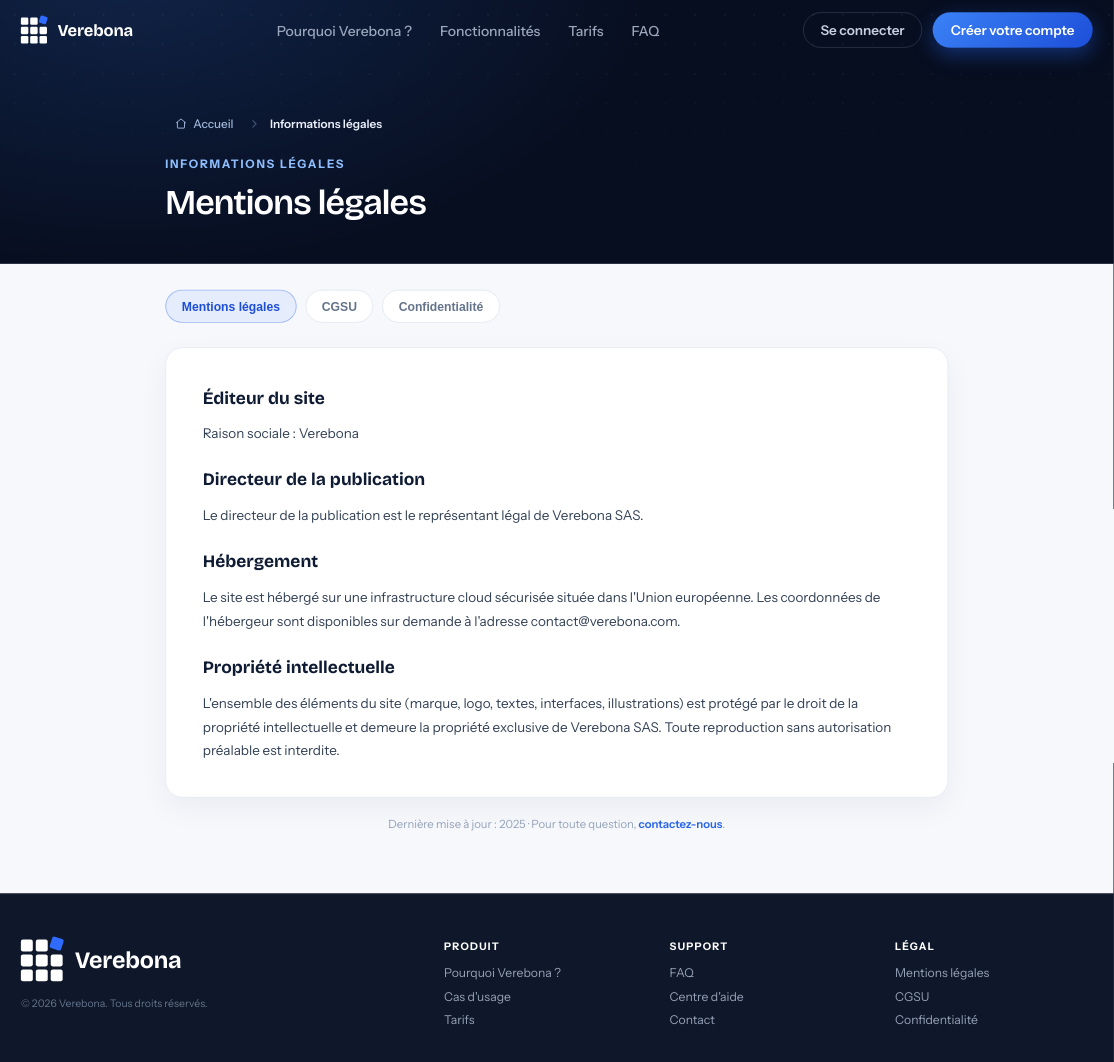
Repository: AdminVerebona/verebona-public
Page: /mentions-legales
An editor plug-in stored every save of this project. The page is shown before and after the next save, followed by the edit.
The browser window is 1280 px wide. The pictures show the whole page, at 87% of full size.
The project was rebuilt for these pictures with package versions that can differ from the ones it lists, and the page was loaded fresh each time. Also part of the build but not shown: next.config.mjs, vite.config.js, vite.config.ts, src/composables/useLanding.ts, src/sections/HeroSection.vue, src/sections/WhySection.vue, src/sections/UseCasesSection.vue, src/sections/FeaturesSection.vue and 6 more.

Above is the page before, as saved 2026-07-10 15:06:41.

After the next save:
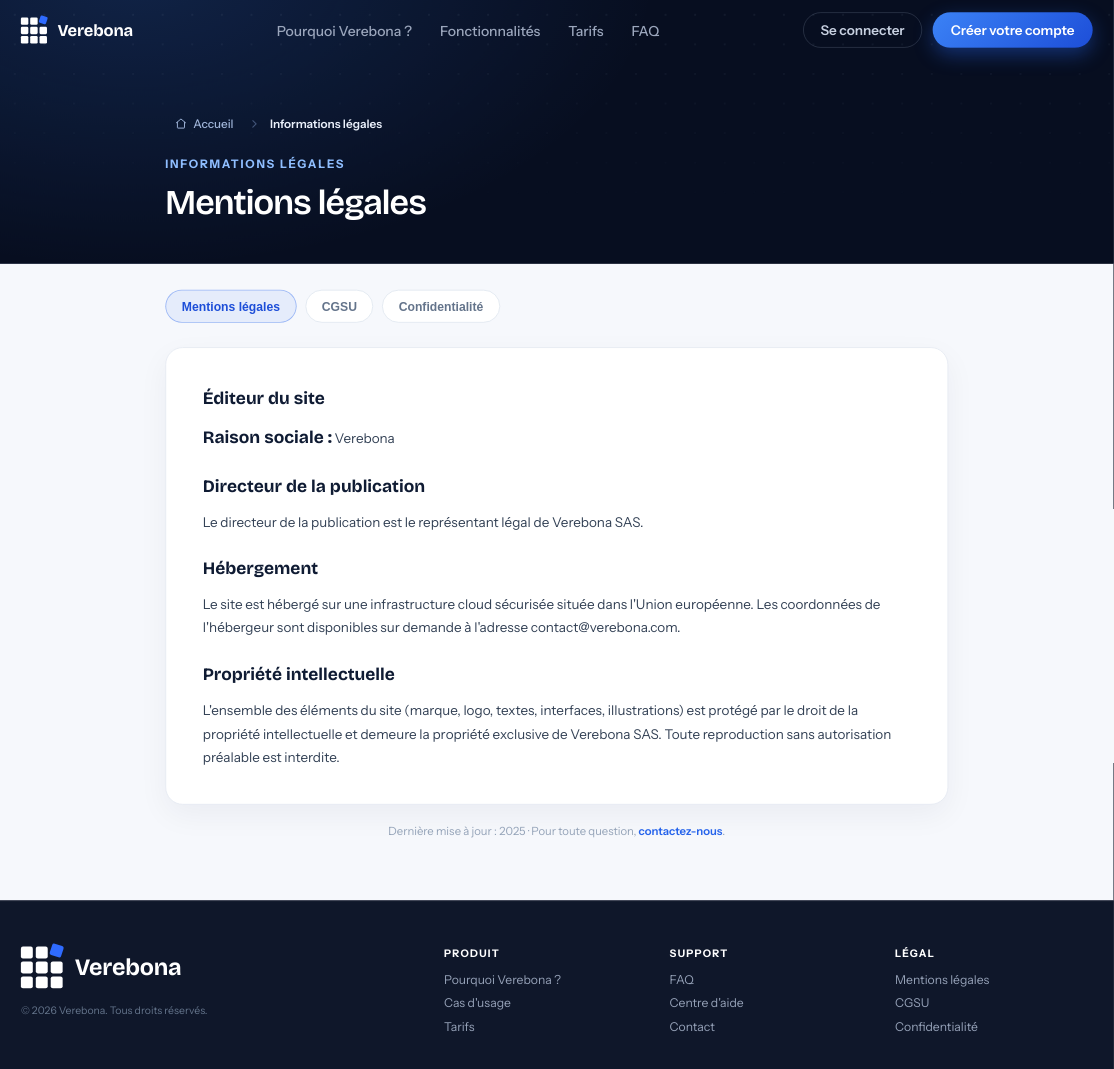
Saved 22 s later.
--- a/src/views/LegalView.vue
+++ b/src/views/LegalView.vue
@@ -18,7 +18,7 @@
       <template v-if="isMentions">
         <div style="font-size:15.5px;line-height:1.75;color:#334155">
           <h2 style="font-size:20px;font-weight:700;color:#0F1B33;font-family:'Bricolage Grotesque',sans-serif;margin:0 0 10px">Éditeur du site</h2>
-          <p style="margin:0 0 22px"><span>Raison sociale :</span> Verebona</p>
+          <p style="margin:0 0 22px"><span style="font-size:20px;font-weight:700;color:#0F1B33;font-family:'Bricolage Grotesque',sans-serif;margin:0 0 10px">Raison sociale :</span> Verebona</p>
           <h2 style="font-size:20px;font-weight:700;color:#0F1B33;font-family:'Bricolage Grotesque',sans-serif;margin:0 0 10px">Directeur de la publication</h2>
           <p style="margin:0 0 22px">Le directeur de la publication est le représentant légal de Verebona SAS.</p>
           <h2 style="font-size:20px;font-weight:700;color:#0F1B33;font-family:'Bricolage Grotesque',sans-serif;margin:0 0 10px">Hébergement</h2>

After the save that followed:
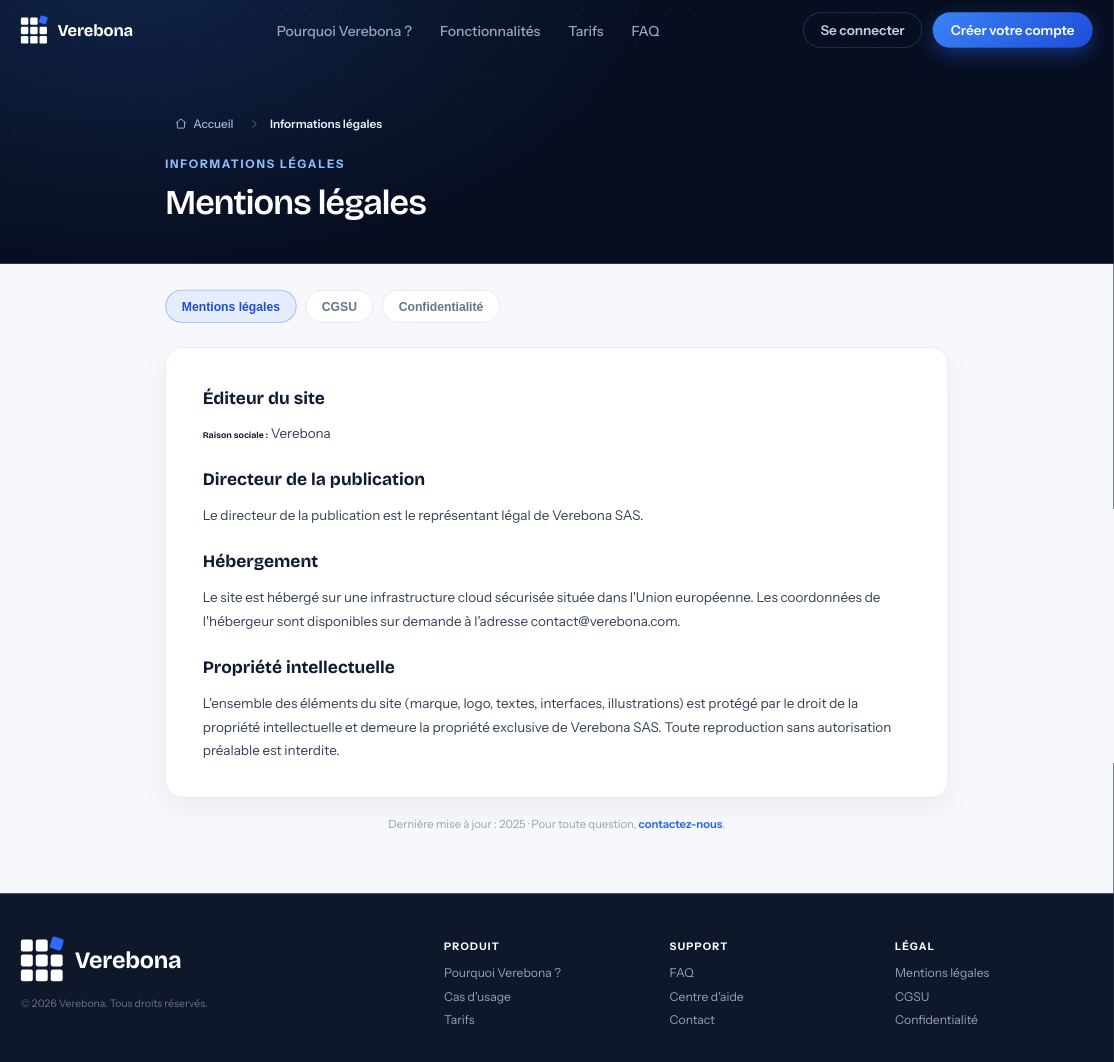
Saved 5 s later.
--- a/src/views/LegalView.vue
+++ b/src/views/LegalView.vue
@@ -18,7 +18,7 @@
       <template v-if="isMentions">
         <div style="font-size:15.5px;line-height:1.75;color:#334155">
           <h2 style="font-size:20px;font-weight:700;color:#0F1B33;font-family:'Bricolage Grotesque',sans-serif;margin:0 0 10px">Éditeur du site</h2>
-          <p style="margin:0 0 22px"><span style="font-size:20px;font-weight:700;color:#0F1B33;font-family:'Bricolage Grotesque',sans-serif;margin:0 0 10px">Raison sociale :</span> Verebona</p>
+          <p style="margin:0 0 22px"><span style="font-size:10px;font-weight:700;color:#0F1B33;font-family:'Bricolage Grotesque',sans-serif;margin:0 0 10px">Raison sociale :</span> Verebona</p>
           <h2 style="font-size:20px;font-weight:700;color:#0F1B33;font-family:'Bricolage Grotesque',sans-serif;margin:0 0 10px">Directeur de la publication</h2>
           <p style="margin:0 0 22px">Le directeur de la publication est le représentant légal de Verebona SAS.</p>
           <h2 style="font-size:20px;font-weight:700;color:#0F1B33;font-family:'Bricolage Grotesque',sans-serif;margin:0 0 10px">Hébergement</h2>
